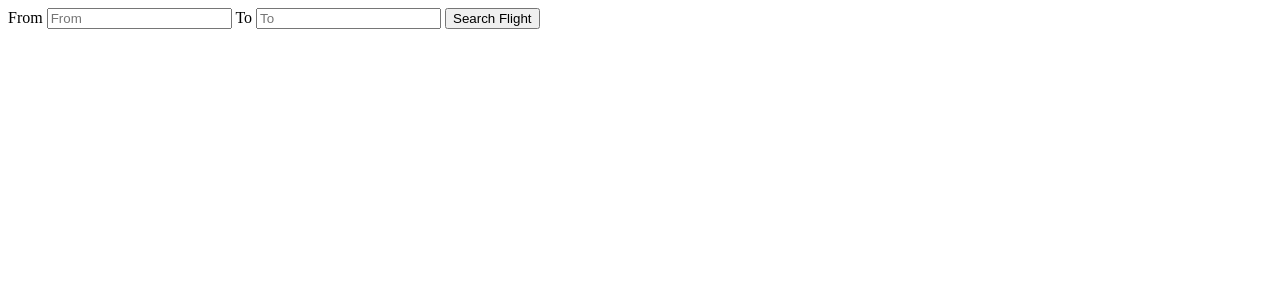
Repository: kalpesh3070/backend2
Page: flyaway/src/main/webapp/Home.html
An editor plug-in stored every save of this project. The page is shown before and after the next save, followed by the edit.
The browser window is 1280 px wide. The pictures show the whole page.

Above is the page before, as saved 2022-11-10 12:06:12.

After the next save:
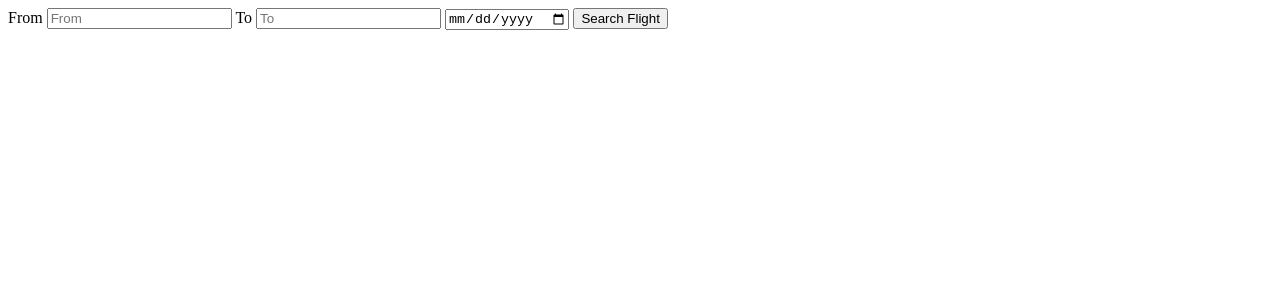
Saved 70 s later.
--- a/flyaway/src/main/webapp/Home.html
+++ b/flyaway/src/main/webapp/Home.html
@@ -11,6 +11,7 @@
 <input type="text" name="from" placeholder="From">
 <lable>To</lable>
 <input type="text" name="To" placeholder="To">
+<input type="date" name="date">
 <input type="submit" value="Search Flight">
 
 </form>
